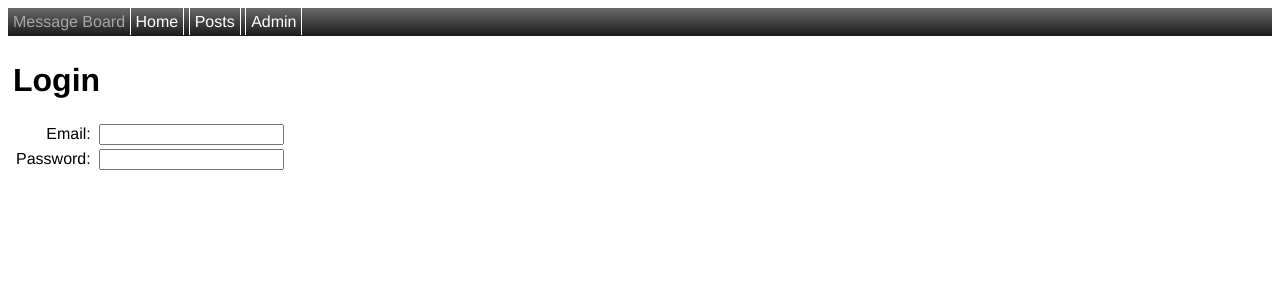
Repository: JesseFo/Whitespace
Page: whitespace/WebContent/WEB-INF/login.html
An editor plug-in stored every save of this project. The page is shown before and after the next save, followed by the edit.
The browser window is 1280 px wide. The pictures show the whole page.

Above is the page before, as saved 2015-10-15 08:21:26.

### whitespace/WebContent/WEB-INF/login.html
<!DOCTYPE html>

<html>
	<head>
		<meta charset="ISO-8859-1">
		<title>COMP 3095 Message Board</title>
		<link rel="stylesheet" type="text/css" href="main.css">
	</head>

	<body>
		<div id="wrapper">
			<nav>
				Message Board
				<a href="#">Home</a>
				<a href="posts.html">Posts</a>
				<a href="#">Admin</a>
			</nav>

			<div id="content">
				<h1>Login</h1>
				<table>
					<tr>
						<td class="formlabel">Email:</td>
						<td><input type="text" name="loginemail" /></td>
					</tr>
					<tr>
						<td class="formlabel">Password:</td>
						<td><input type="text" name="loginpword" /></td>
					</tr>
				</table>
			</div>
		</div>
	</body>
</html>

### whitespace/WebContent/WEB-INF/main.css
@CHARSET "ISO-8859-1";

#wrapper
{
	font-family: Helvetica, Arial, sans-serif;
}

nav
{
  background: -webkit-linear-gradient(#6A6A6A, #1A1A1A); /* For Safari 5.1 to 6.0 */
  background: -o-linear-gradient(#6A6A6A, #1A1A1A); /* For Opera 11.1 to 12.0 */
  background: -moz-linear-gradient(#6A6A6A, #1A1A1A); /* For Firefox 3.6 to 15 */
  background: linear-gradient(#6A6A6A, #1A1A1A); /* Standard syntax */
  color: #A6A6A6;
  padding: 5px
}

nav > a
{
	text-decoration: none;
	color: white;
	padding: 5px;
	border-left: 1px solid white;
	border-right: 1px solid white;
	margin: 0;
}

#content
{
	padding: 5px;
}

td
{
	padding-right: 5px;
}

.formlabel
{
	text-align: right;
}

After the next save:
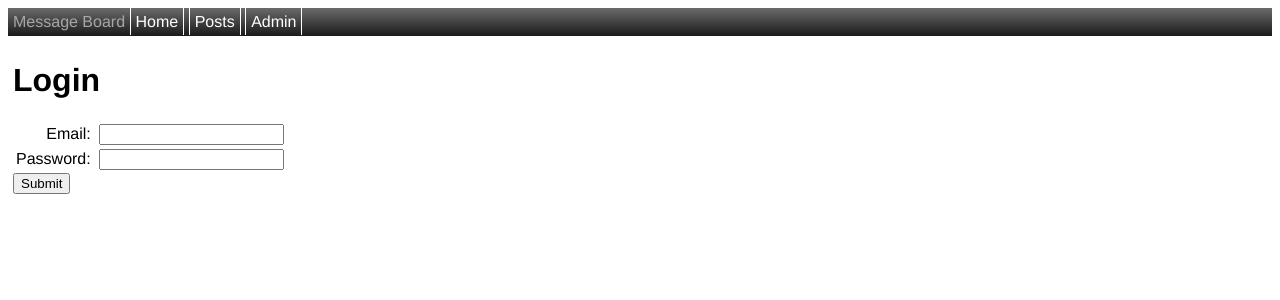
Saved 3 min 32 s later.
--- a/whitespace/WebContent/WEB-INF/login.html
+++ b/whitespace/WebContent/WEB-INF/login.html
@@ -18,16 +18,19 @@
 
 			<div id="content">
 				<h1>Login</h1>
-				<table>
-					<tr>
-						<td class="formlabel">Email:</td>
-						<td><input type="text" name="loginemail" /></td>
-					</tr>
-					<tr>
-						<td class="formlabel">Password:</td>
-						<td><input type="text" name="loginpword" /></td>
-					</tr>
-				</table>
+				<form action="#" method="post">
+					<table>
+						<tr>
+							<td class="formlabel">Email:</td>
+							<td><input type="text" name="loginemail" /></td>
+						</tr>
+						<tr>
+							<td class="formlabel">Password:</td>
+							<td><input type="text" name="loginpword" /></td>
+						</tr>
+					</table>
+					<input type="submit" />
+				</form>
 			</div>
 		</div>
 	</body>
